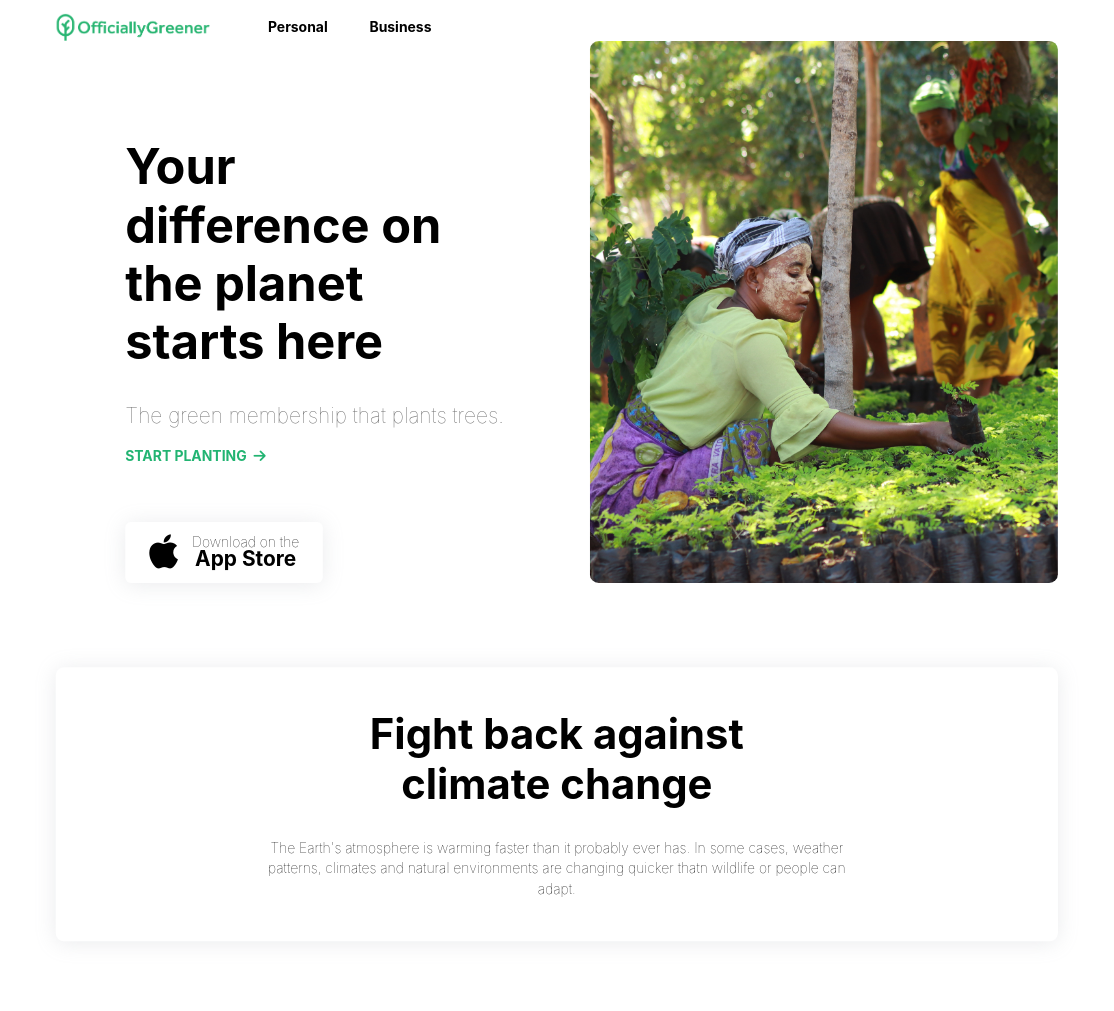
Repository: Sinkycode/Officially-Greener-v2
Page: index.html
The author's editor kept a copy of each file at every save. The page is drawn from the files as they stood at one save, then again after the next save.
The browser window is 1280 px wide. The pictures show the whole page, at 87% of full size.
Some web libraries are served in a nearby version.

Above is the page before, as saved 2023-03-08 16:51:44.

### index.html
<!DOCTYPE html>
<html lang="en">
<head>
  <meta charset="UTF-8">
  <meta http-equiv="X-UA-Compatible" content="IE=edge">
  <meta name="viewport" content="width=device-width, initial-scale=1.0">
  <link rel="stylesheet" href="https://cdnjs.cloudflare.com/ajax/libs/font-awesome/6.3.0/css/all.min.css" integrity="sha512-SzlrxWUlpfuzQ+pcUCosxcglQRNAq/DZjVsC0lE40xsADsfeQoEypE+enwcOiGjk/bSuGGKHEyjSoQ1zVisanQ==" crossorigin="anonymous" referrerpolicy="no-referrer" />

  <link rel="stylesheet" href="style.css">
  <title>Officially Greener</title>
</head>
<body>
  <header>
    <div class="mobile">
      <img src="Logo/Officially Greener Transparent background.png" alt="" class="primary-logo logo">
      <i class="fa-sharp fa-solid fa-bars"></i>
    </div>

    <div class="desktop">
      <img src="Logo/Officially Greener Transparent background.png" alt="" class="primary-logo logo">
      <ul class="primary-nav">
        <li><a href="http://">Personal</a></li>
        <li><a href="http://">Business</a></li>
      </ul>
    </div>

  </header>

  <section id="landing-page">
   <div class="container">
    <div class="landing-page__image">
      <img src="Images/Magagascar.jpg" alt="">
    </div>
    <div class="landing-page__context">
     <div class="texts">
      <h1 class="biggest-txt">Your difference on the planet starts here</h1>
      <p class="gray-para">The green membership that plants trees.</p>
      <a href="#" class="simple-link">Start planting<i class="fa-sharp fa-solid fa-arrow-right"></i></a>
     </div>
     <button class="apple-btn btn">
      <i class="fa-brands fa-apple"></i>
      <div class="wrap">
        <p>Download on the</p>
        <h1>App Store</h1>
      </div>
     </button>
    </div>
   </div>
  </section>

  <section id="note">
    <div class="container">
      <h1 class="bigger-txt">Fight back against climate change</h1>
      <p class="black-para">The Earth's atmosphere is warming faster than it probably ever has. In some cases, weather patterns, climates and natural environments are changing quicker thatn wildlife or people can adapt.</p>
    </div>
  </section>

  <section id="personal"></section>
</body>
</html>

### style.css
:root {
  --neutral-100: hsl(0, 0%, 100%);
  --neutral-200: hsl(0, 0%, 80%);
  --neutral-400: hsl(0, 0%, 40%);
  --neutral-600: hsl(0, 0%, 20%);
  --neutral-800: hsl(0, 0%, 0%);

  --accent: hsl(153, 68%, 42%);

  --txt-size-200: .8rem;
  --txt-size-400: 1rem;
  --txt-size-500: 2rem;
  --txt-size-600: 3rem;
  --txt-size-800: 3.5rem;

  --box-radius-sm: .2rem;
  --box-radius-rg: .4rem;
  --box-radius-lx: .6rem;
  --box-shadow:rgba(149, 157, 165, 0.2) 0px 2px 24px;

  --gray-para: var(--neutral-400);

}

*, *::after, *::before {
  box-sizing: border-box;
  margin: 0;
  padding: 0;
}

html, body {
  font-family: -apple-system, BlinkMacSystemFont, Segoe UI, Roboto, Oxygen, Ubuntu, Cantarell, Fira Sans, Droid Sans, Helvetica Neue, sans-serif;
  scroll-behavior: smooth;
  overflow-x: hidden;
}

body {
  line-height: 1.5;
  font-size: 16px;
}

/* CUSTOMIZATION */
img {
  max-width: 100%;
  display: block;
}

button, input {
  outline: none;
  border: none;
  /* background: transparent; */
  font-family: inherit;
  font-size: inherit;
  color: inherit;
}

ul, p {
  margin: 0;
  list-style: none;
  font-weight: 2

}

a {
  text-decoration: none;
  color: inherit;
  font-weight: bold;
}

h1,h2,h3 {
  margin: 0;
}

.container {
  max-width: 90%;
  margin: 0 auto;
}

.logo {
  width: clamp(180px, 1rem + 10vw, 300px);
}

.mobile {
  display: none;
}

.desktop {
  display: flex;
  align-items: center;
  gap: 4rem;
  padding-top: 1rem;
  padding-inline-start: 4rem;
  width: 50%;
}

.primary-nav {
  display: flex;
  gap: 3rem;
}

.biggest-txt {
  font-size: var(--txt-size-800);
  line-height: 1.2;
}

.bigger-txt {
  font-size: var(--txt-size-600);
  line-height: 1.2;
}

.gray-para {
  color: var(--gray-para);
}

.btn {
  color: var(--neutral-800);
  background-color: rgb(255, 255, 255);
  padding: .8rem 1.7rem;
  border-radius: var(--box-radius-rg);
  box-shadow: var(--box-shadow);
  cursor: pointer;
}

/* ========= landing page ========= */
#landing-page {
  /* border: 3px solid black; */
  min-height: 100vh;
}

#landing-page .container {
  display: flex;
  gap: 1rem;
  height: 100%;
  /* border: 1px solid red; */
}

@media (max-width: 1000px) {
  #landing-page .container {
    display: block;
  }

}

@media (min-width: 768px) {
  .landing-page__context {
    order: 1;
    margin-left: 5rem;
    margin-top: 7rem;
  }

  .landing-page__image {
    order: 2;
  }

}

.landing-page__context {
  max-width: 45%;
  /* border: 1px solid red; */
}

.landing-page__context .biggest-txt {
  /* border: 1px solid red; */
  max-width: 80%;
  margin-bottom: 2rem;
}

.landing-page__context .gray-para {
  margin-block: 1rem;
  font-size: 1.5rem;
}

.landing-page__context .simple-link {
  color: var(--accent);
  text-transform: uppercase;
  display: flex;
  align-items: center;
  gap: .5rem;
  margin-bottom: 4rem;
}

.fa-apple {
  font-size: 2.8rem;
}

.apple-btn {
  display: flex;
  align-items: center;
  gap: 1rem;
}

button .wrap {
  /* border: 1px solid red; */
  line-height:1;
}

button .wrap h1{
  font-size: 1.5rem;
}

.landing-page__image {
  width: 55%;
  max-height: 100%;
  border-radius: 10px;
  overflow: hidden;
}

.landing-page__image img {
  height: 120%;
  object-fit: cover;
  object-position: left;
}



/* ====== Note ======== */

#note {
  padding-bottom: 5rem;
}

#note .container {
  background: var(--neutral-100);
  border-radius: var(--box-radius-lx);
  box-shadow: var(--box-shadow);
  padding-block: 3rem;
  padding-inline: 14rem;
  display: flex;
  flex-direction: column;
  align-items: center;
  text-align: center;
}

#note .bigger-txt {
  width: 70%;
  display: flex;
  align-items: center;
  margin-bottom: 2rem;
}

After the next save:
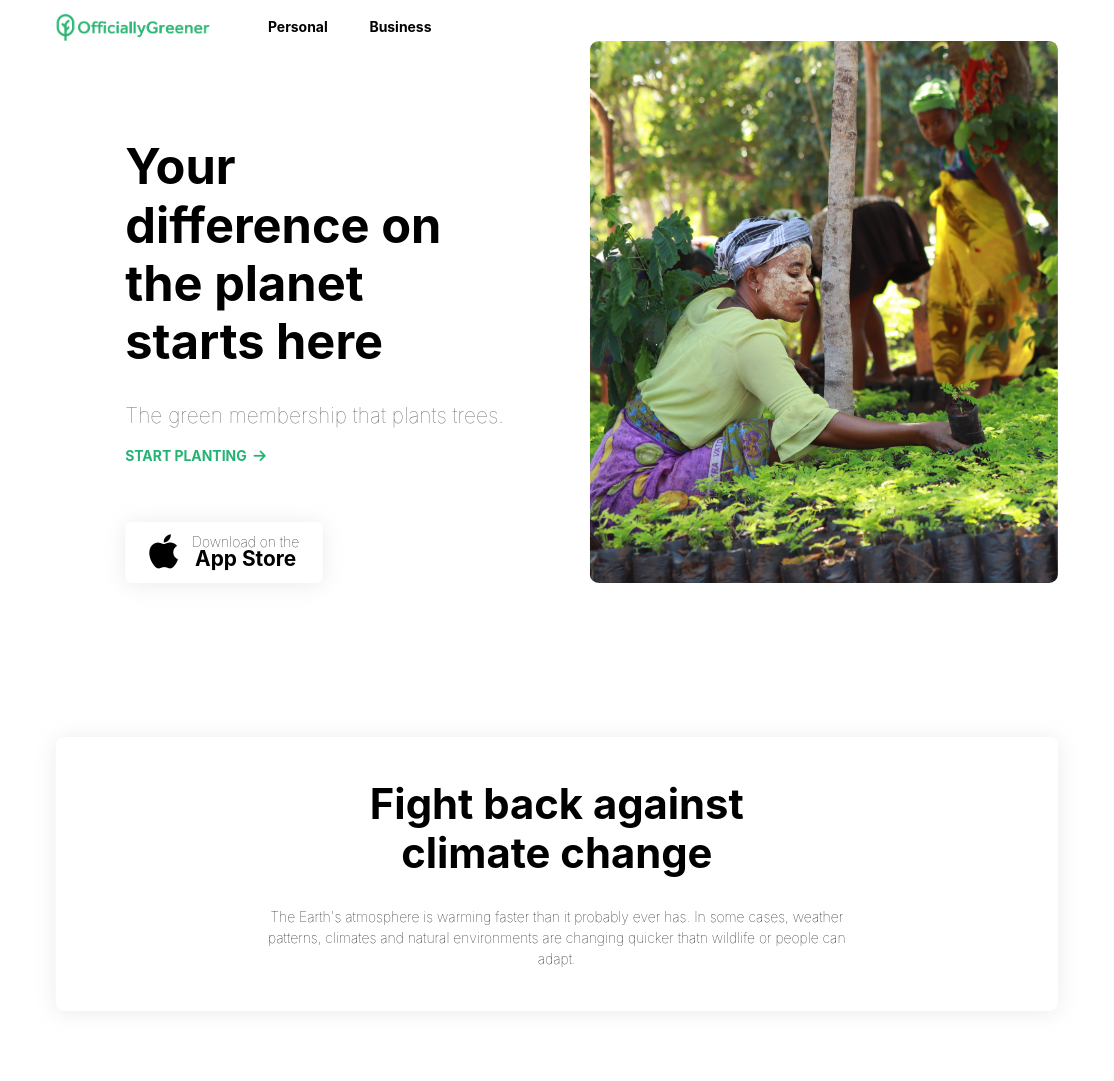
Saved 98 s later.
--- a/style.css
+++ b/style.css
@@ -216,7 +216,7 @@
 /* ====== Note ======== */
 
 #note {
-  padding-bottom: 5rem;
+  margin-block: 5rem;
 }
 
 #note .container {
